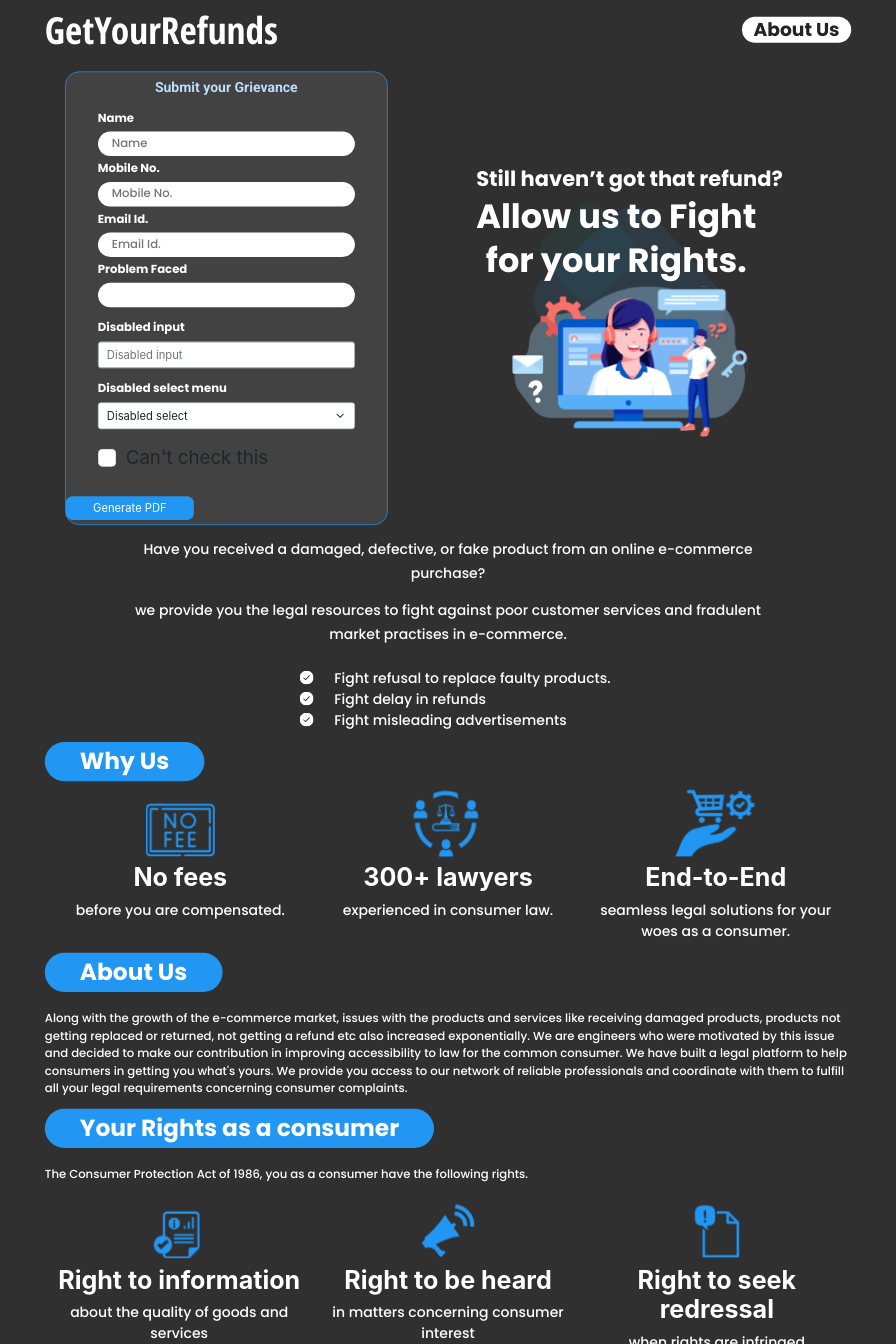
Repository: Eren00Yeager/initial-survey
Page: /consumer-complaints
The author's editor kept a copy of each file at every save. The page is drawn from the files as they stood at one save, then again after the next save.
The browser window is 1280 px wide. The pictures show the part of the page from y = 0 to 1920 px (the page is 2869 px tall before and 2863 px after), at 70% of full size.
Some web fonts or font styles are not loaded; a fallback is used. The project was rebuilt for these pictures with package versions that can differ from the ones it lists, and the page was loaded fresh each time. The framework's server and built-in components were replaced by stand-ins that run in the browser. Also part of the build but not shown: next.config.js.

Above is the page before, as saved 2022-07-14 11:57:37.

### pages/consumer-complaints.jsx
import Head from "next/head";
import Image from "next/image";
import consumerStyles from "../styles/consumer.module.css";
import svg from "../pic/mark.svg";
import im from "../pic/i2.svg";
import i1 from "../pic/nofee.svg";
import i2 from "../pic/law.svg";
import i3 from "../pic/end2.svg";
import j1 from "../pic/info.svg";
import j2 from "../pic/heard.svg";
import j3 from "../pic/seek.svg";
import j4 from "../pic/free.svg";
import j5 from "../pic/safe.svg";
import a from "../pic/carrow.svg";
import f from "../pic/foot.svg";
import z1 from "../pic/in.svg";
import z2 from "../pic/tweet.svg";
import z3 from "../pic/mail.svg";
import { Col,Row,Form,Button,Accordion } from 'react-bootstrap';
import { useState,useEffect } from "react";


export default function consumer() {

    const [name, setName] = useState('');
    const [mobile, setMobile] = useState('');
    const [email, setEmail] = useState('');
    const [problem, setProblem] = useState('');
    const [error, seterror] = useState('');
    const [st, setst] = useState(false);
    const emailValidation = () => {
        const regex = /^(([^<>()[\]\.,;:\s@\"]+(\.[^<>()[\]\.,;:\s@\"]+)*)|(\".+\"))@(([^<>()[\]\.,;:\s@\"]+\.)+[^<>()[\]\.,;:\s@\"]{2,})$/i;
        if (!email || regex.test(email) === false) {

            seterror("Email is not valid");

            return false;
        }
        return true;
    }
    const submitHandler = async (e) => {
        e.preventDefault();

        console.log([name, mobile, email, problem])
        if (emailValidation()) {
            try {
                const response = await fetch("/api/consumersheet", {
                    method: "POST",
                    body: JSON.stringify({ name, mobile, email, problem }),
                    headers: {
                        'Content-Type': 'application/json',
                    },
                })
                if (await response.status == 201) {
                    setst(true)
                } else {
                    throw response.json()
                }


            } catch (e) {
                console.log(e)
                alert("There was an error in submitting\nPlease try again")
                setName('');
                setMobile('');
                setEmail('');
                setProblem('');
                setst(false);
            }
        }
    }

    const [windowSize, setWindowSize] = useState({
        width: "",
        height: "",
    });

    useEffect(() => {
        // only execute all the code below in client side
        if (typeof window !== 'undefined') {
            // Handler to call on window resize
            function handleResize() {
                // Set window width/height to state
                setWindowSize({
                    width: window.innerWidth,
                    height: window.innerHeight,
                });
            }

            // Add event listener
            window.addEventListener("resize", handleResize);

            // Call handler right away so state gets updated with initial window size
            handleResize();

            // Remove event listener on cleanup
            return () => window.removeEventListener("resize", handleResize);
        }
    }, []); // Empty array ensures that effect is only run on mount
    function handleScroll() {
        window.scroll({
            top: document.body.offsetHeight,
            left: 0,
            behavior: 'smooth',
        });
    }

    const thnk = (
        <div className={consumerStyles.tnk}>
            <div className={consumerStyles.thank}>Thank you for
                signing up with us.
                We will soon
                reach out to you.</div>
        </div>
    )
    const frm = (
        <Form className={consumerStyles.frm} onSubmit={submitHandler}>
            <div className={consumerStyles.grev}>
                Submit your Grievance
            </div>
            <div className={consumerStyles.details}>
                <div className={consumerStyles.det}>
                    <div className={consumerStyles.nam}>Name</div>
                    <input type="text" placeholder="Name" className={consumerStyles.plc} value={name} required onChange={(e) => setName(e.target.value)}></input>
                </div>
                <div className={consumerStyles.det}>
                    <div className={consumerStyles.nam}>Mobile No.</div>
                    <input type="text" placeholder="Mobile No." pattern="[0-9]{10}" className={consumerStyles.plc} required value={mobile} onChange={(e) => setMobile(e.target.value)}></input>
                </div>
                <div className={consumerStyles.det}>
                    <div className={consumerStyles.nam}>Email Id.</div>
                    <input type="text" placeholder="Email Id." className={consumerStyles.plc} value={email} required onChange={(e) => setEmail(e.target.value)}></input>
                    <div className={consumerStyles.err}>{error}</div>
                </div>
                <div className={consumerStyles.det}>
                    <div className={consumerStyles.nam}>Problem Faced</div>
                    <input type="text" placeholder="" className={consumerStyles.plc} value={problem} required onChange={(e) => setProblem(e.target.value)}></input>
                </div>
                <Form.Group  className={consumerStyles.det}>
        <Form.Label className={consumerStyles.nam}>Disabled input</Form.Label>
        <Form.Control placeholder="Disabled input" />
      </Form.Group>
      <Form.Group className="mb-3">
        <Form.Label className={consumerStyles.nam}>Disabled select menu</Form.Label>
        <Form.Select >
          <option>Disabled select</option>
          <option>dsafjn</option>
          <option>kskjdjnfojn</option>
        </Form.Select>
      </Form.Group>
      <Form.Group className="mb-3">
        <Form.Check type="checkbox" label="Can't check this" />
      </Form.Group>

            </div>
            {/* <div className={consumerStyles.terms}>
                <input className={consumerStyles.sub} type="submit" value="SUBMIT"></input>
            </div> */}
            <Button variant="primary" className={consumerStyles.sub} >
            Generate PDF
            </Button>



</Form>
    )
    return (
        <div className={consumerStyles.s}>
            <Head>
                <title>Consumer Complaints</title>
                <meta name="description" content="" />
                <link rel="icon" href="/favicon.ico" />
                <link href='https://fonts.googleapis.com/css?family=Open Sans Condensed:700' rel='stylesheet'></link>
            </Head>

            <div className={consumerStyles.container}>

                <div className={consumerStyles.head}>
                    <div className={consumerStyles.hd}>
                        GetYourRefunds
                    </div>

                    <div>
                        <a href="#about-us" className={consumerStyles.btn} onClick={handleScroll}>About Us</a>
                    </div>
                </div>
                <div className={consumerStyles.main}>

                    {st ? thnk : frm}
                    <div className={consumerStyles.tct}>
                        <div className={consumerStyles.py} style={windowSize.width > 900 ? {position:"relative",width:"32.552vw"} : {position:"relative",width:"250px"}} >
                            <Image src={im} layout="responsive"/>
                        </div>
                        <div className={consumerStyles.t1}>
                            <div className={consumerStyles.title}>
                                <div className={consumerStyles.title2}>
                                    Still haven’t got that refund?
                                </div>

                                <div className={consumerStyles.title1}>
                                    Allow us to Fight <br></br>for your Rights.
                                </div>
                            </div>
                        </div>

                    </div>

                </div>

                <div className={consumerStyles.fo}>

                    <div className={consumerStyles.mid}>
                        Have you received a damaged, defective, or fake product from an online e-commerce purchase?
                    </div>
                    <div className={consumerStyles.mid}>
                        we provide you the legal resources to fight against
                        poor customer services and fradulent market practises in
                        e-commerce.
                    </div>
                    <div className={consumerStyles.points}>
                        <div>
                            <div className={consumerStyles.p}>
                                <div className={consumerStyles.i}>
                                    <Image src={svg} />
                                </div>
                                <div className={consumerStyles.t}>
                                    Fight refusal to replace faulty products.
                                </div>
                            </div>
                            <div className={consumerStyles.p}>
                                <div className={consumerStyles.i}>
                                    <Image src={svg} />
                                </div>
                                <div className={consumerStyles.t}><div>Fight delay in refunds</div></div>
                            </div>
                            <div className={consumerStyles.p}>
                                <div className={consumerStyles.i}>
                                    <Image src={svg} />
                                </div>
                                <div className={consumerStyles.t}>
                                    Fight misleading advertisements
                                </div>
                            </div>
                        </div>
                    </div>

                </div>
                <div className={consumerStyles.sect}>
                    <div className={consumerStyles.sech}>Why Us</div>
                    <div className={consumerStyles.fwrap}>
                        <div className={consumerStyles.box}>
                            <div className={consumerStyles.bsvg} ><div style={windowSize.width > 900 ? {  width:"7.747vw",position:"relative"}:{  width:"30vw",position:"relative"}}><Image src={i1} layout="responsive"></Image></div></div>
                            <div className={consumerStyles.des}>
                                <span className={consumerStyles.des1}> No fees </span>
                                <span className={consumerStyles.des2}>before you are compensated.</span>
                            </div>
                        </div>
                        <div className={consumerStyles.box}>
                           <div className={consumerStyles.bsvg}> <div style={windowSize.width > 900 ?{ width:"12.240vw",position:"relative"}:{  width:"50vw",position:"relative"}}><Image src={i2} layout="responsive"></Image></div></div>
                            <div className={consumerStyles.des}>
                                <span className={consumerStyles.des1}>300+ lawyers </span>
                                <span className={consumerStyles.des2}>experienced in consumer law. </span>
                            </div>
                        </div>
                        <div className={consumerStyles.box}>
                            <div className={consumerStyles.bsvg}><div style={windowSize.width > 900 ?{ width:"13.477vw",position:"relative"}:{  width:"50vw",position:"relative"}}><Image src={i3} layout="responsive"></Image></div></div>
                            <div className={consumerStyles.des}>
                                <span className={consumerStyles.des1}>End-to-End</span>
                                <span className={consumerStyles.des2}>seamless legal solutions for your woes  as a consumer.</span>
                            </div>
                        </div>
                    </div>
                </div>
                <div className={consumerStyles.sect} id="about-us">
                    <div className={consumerStyles.sech}>About Us</div>
                    <div className={consumerStyles.abt}>Along with the growth of the e-commerce market, issues with the products and services like receiving damaged products, products not getting replaced or returned, not getting a refund etc also increased exponentially.  We are engineers who were motivated by this issue and decided to make our contribution in improving accessibility to law for the common consumer. We have built a legal platform to help consumers in getting you what's yours. We provide you access to our network of reliable professionals and coordinate with them to fulfill all your legal requirements concerning consumer complaints.   </div>
                </div>
                <div className={consumerStyles.sect}>
                    <div className={consumerStyles.sech}>Your Rights as a consumer</div>
                    <div className={consumerStyles.abt}>The Consumer Protection Act of  1986, you as a consumer have the following rights.</div>
                    <div className={consumerStyles.fwrap}>
                        <div className={consumerStyles.box}>
                        <div className={consumerStyles.bsvg} ><div style={windowSize.width > 900 ?{  width:"6.120vw",position:"relative"}:{  width:"30vw",position:"relative"}}><Image src={j1} layout="responsive"></Image></div></div>
                            <div className={consumerStyles.des}>
                                <span className={consumerStyles.des1}> Right to information </span>
                                <span className={consumerStyles.des2}>about the quality of goods and services</span>
                            </div>
                        </div>
                        <div className={consumerStyles.box}>
                        <div className={consumerStyles.bsvg} ><div style={windowSize.width > 900 ?{  width:"9.440vw",position:"relative"}:{  width:"50vw",position:"relative"}}><Image src={j2} layout="responsive"></Image></div></div>
                            <div className={consumerStyles.des}>
                                <span className={consumerStyles.des1}>Right to be heard </span>
                                <span className={consumerStyles.des2}>in matters concerning consumer interest </span>
                            </div>
                        </div>
                        <div className={consumerStyles.box}>
                        <div className={consumerStyles.bsvg} ><div style={windowSize.width > 900 ?{  width:"12.891vw",position:"relative"}:{  width:"70vw",position:"relative"}}><Image src={j3} layout="responsive"></Image></div></div>
                            <div className={consumerStyles.des}>
                                <span className={consumerStyles.des1}>Right to seek redressal</span>
                                <span className={consumerStyles.des2}> when rights are infringed</span>
                            </div>
                        </div>
                        <div className={consumerStyles.box}>
                        <div className={consumerStyles.bsvg} ><div style={windowSize.width > 900 ?{  width:"7.161vw",position:"relative"}:{  width:"30vw",position:"relative"}}><Image src={j4} layout="responsive"></Image></div></div>
                            <div className={consumerStyles.des}>
                                <span className={consumerStyles.des1}>Right to freely choose</span>
                                <span className={consumerStyles.des2}> from goods & services </span>
                            </div>
                        </div>
                        <div className={consumerStyles.box}>
                        <div className={consumerStyles.bsvg} ><div style={windowSize.width > 900 ?{  width:"8.594vw",position:"relative"}:{  width:"40vw",position:"relative"}}><Image src={j5} layout="responsive"></Image></div></div>
                            <div className={consumerStyles.des}>
                                <span className={consumerStyles.des1}>Right to safety</span>
                                <span className={consumerStyles.des2}> from hazardous goods & services</span>
                            </div>
                        </div>
                    </div>
                </div>
                <div className={consumerStyles.sect}>
                    <div className={consumerStyles.sech}>The Process</div>
                    <div className={consumerStyles.proc}>
                        <div className={consumerStyles.pr}>
                            <div className={consumerStyles.pu}>1) Inform us about your problem</div>
                            <div className={consumerStyles.pd}>Our legal advisory team will get in touch with you and collect the details regarding your issue.</div>
                        </div>
                       {windowSize.width > 900 ? <div style={{  width:"3.971vw",position:"relative"}}><Image src={a} layout="responsive"></Image></div> : ""}
                        <div className={consumerStyles.pr}>
                            <div className={consumerStyles.pu}>2) Filing a legal notice</div>
                            <div className={consumerStyles.pd}>Our legal team will then file a legal notice against the seller involved in the issue.</div>
                        </div>
                        {windowSize.width > 900 ? <div style={{  width:"3.971vw",position:"relative"}}><Image src={a} layout="responsive"></Image></div> : ""}
                        <div className={consumerStyles.pr}>
                            <div className={consumerStyles.pu}>3) Consumer Court</div>
                            <div className={consumerStyles.pd}>In case the company does not respond, our trusted network of lawyers will fight the case in consumer court and resolve the case.</div>
                        </div>

                    </div>
                </div>
                <div className={consumerStyles.sect}>
                    <div className={consumerStyles.sech}>FAQs</div>
                    <div className={consumerStyles.qa}>
                        <div className={consumerStyles.ques}>Q. What is the amount I have to pay to get my issue resolved?</div>
                        <div className={consumerStyles.ans}>A: You do not have to pay any fees upfront. A commission of 10% will be charged if we are successful in getting your issue resolved. This legal fees would also be compensated by the vendor against whom you are raising a complaint.</div>
                    </div>
                    <div className={consumerStyles.qa}>
                        <div className={consumerStyles.ques}>Q. How long does it take to resolve a consumer complaint ?</div>
                        <div className={consumerStyles.ans}>A: In some cases the company resolves the complaint within 15 days after they recieve the legal notice . If the company does not resolve the complaint, it may take on average 8-18 months to resolve the issue through consumer courts.</div>
                    </div>
                </div>
                <div className={consumerStyles.foot} >
                    <div className={consumerStyles.ab1}>
                        <div className={consumerStyles.ftxt}>GetYourRefunds</div>
                        <div className={consumerStyles.cprt}>© Copyright 2022</div>
                    </div>
                    <div className={consumerStyles.ab2}>
                        <a href="https://www.linkedin.com/company/getyourrefund/" style={windowSize.width > 900 ? { width: '3.255vw', position: 'relative' } : { width: '20vw', position: 'relative' }}><Image src={z1} layout='responsive'></Image></a>
                        <a href="https://twitter.com/getyourrefunds" style={windowSize.width > 900 ? { width: '3.255vw', position: 'relative' }: { width: '20vw', position: 'relative' }}><Image src={z2} layout='responsive'></Image></a>
                        <a href="mailto:getyourrefunds@gmail.com" style={windowSize.width > 900 ? { width: '3.255vw', position: 'relative' }: { width: '20vw', position: 'relative' }}><Image src={z3} layout='responsive'></Image></a>

                    </div>
                    {windowSize.width > 900 ? <div style={{ width: '100%', position: 'relative' }}>
                        <Image src={f} layout='responsive'></Image>
                    </div> : ""}

                </div>
            </div>
        </div>

    );
}

### styles/globals.scss
@import "~bootstrap/scss/bootstrap";
html,
body {
  padding: 0;
  margin: 0;
  font-family: -apple-system, BlinkMacSystemFont, Segoe UI, Roboto, Oxygen,
    Ubuntu, Cantarell, Fira Sans, Droid Sans, Helvetica Neue, sans-serif;
}

a {
  color: inherit;
  text-decoration: none;
}

* {
  box-sizing: border-box;
}

Loaded but not shown: pages/_app.js (common file); styles/consumer.module.css (969 lines, source omitted)

After the next save:
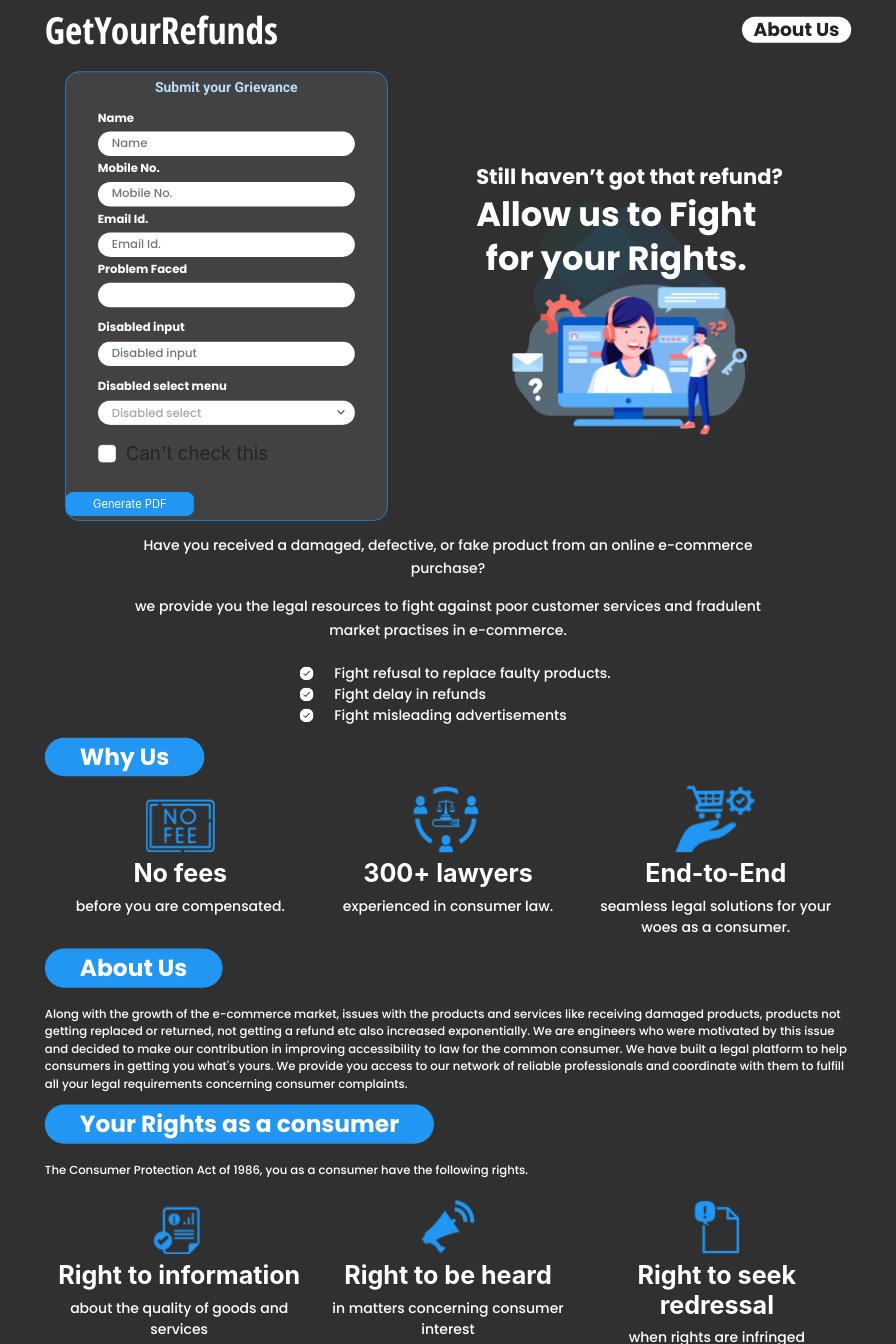
Saved 103 s later.
--- a/pages/consumer-complaints.jsx
+++ b/pages/consumer-complaints.jsx
@@ -138,11 +138,11 @@ export default function consumer() {
                 </div>
                 <Form.Group  className={consumerStyles.det}>
         <Form.Label className={consumerStyles.nam}>Disabled input</Form.Label>
-        <Form.Control placeholder="Disabled input" />
+        <Form.Control className={consumerStyles.plc} placeholder="Disabled input" />
       </Form.Group>
       <Form.Group className="mb-3">
         <Form.Label className={consumerStyles.nam}>Disabled select menu</Form.Label>
-        <Form.Select >
+        <Form.Select className={consumerStyles.plc}>
           <option>Disabled select</option>
           <option>dsafjn</option>
           <option>kskjdjnfojn</option>
